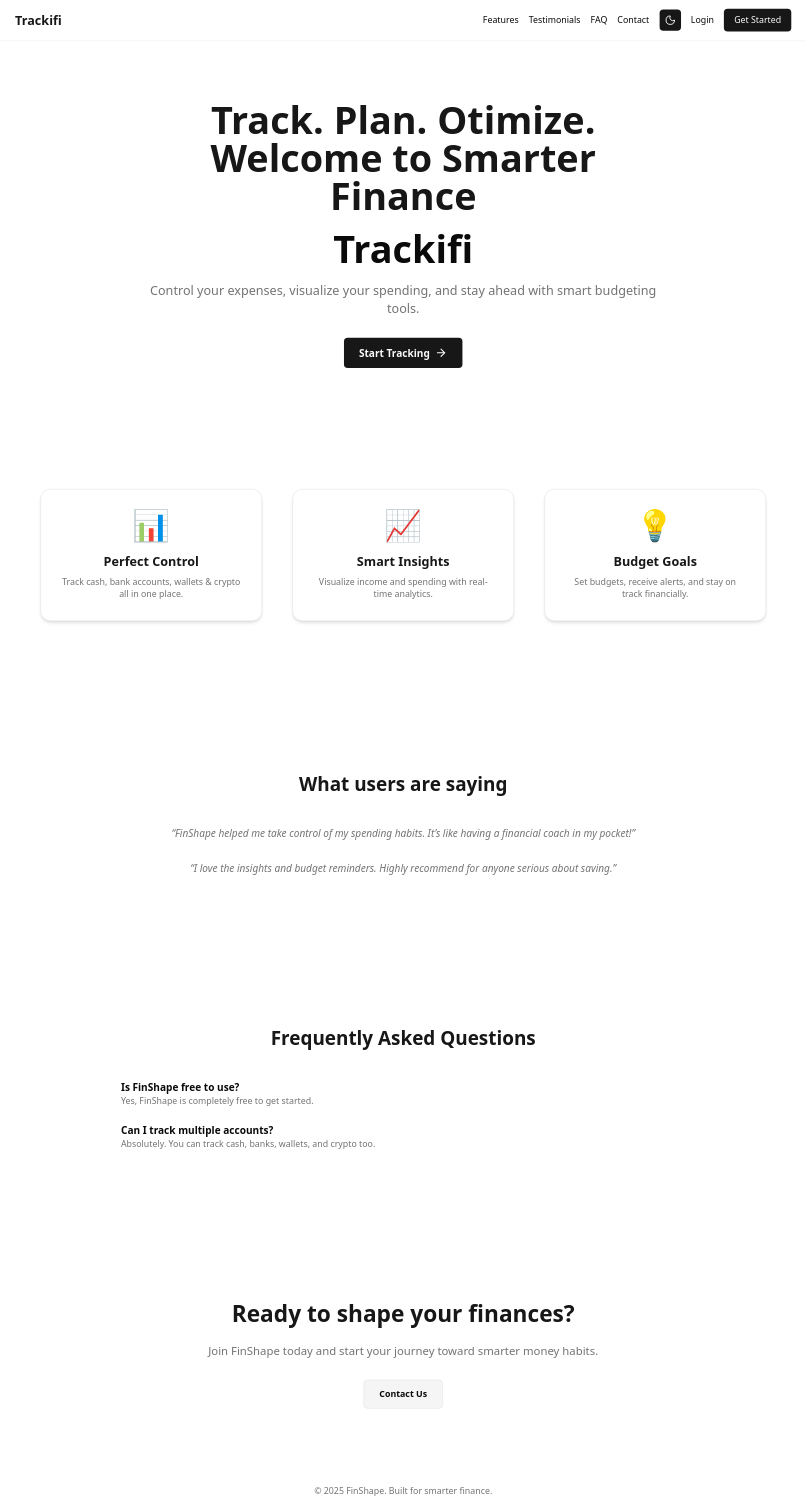
Repository: ruthvik-mt/Trackifi
Page: /categories (app in frontend/)
An editor plug-in stored every save of this project. The page is shown before and after the next save, followed by the edit.
The browser window is 1280 px wide. The pictures show the whole page, at 63% of full size.
The project was rebuilt for these pictures with package versions that can differ from the ones it lists, and the page was loaded fresh each time. Also part of the build but not shown: frontend/vite.config.ts, frontend/src/components/FormInput.tsx, frontend/src/pages/Auth/Login.tsx, frontend/src/pages/Auth/Register.tsx, frontend/src/components/Sidebar.tsx, frontend/src/components/ThemeToggleButton.tsx, frontend/src/components/Navbar.tsx, frontend/src/pages/Dashboard/Layout.tsx and 20 more.

Above is the page before, as saved 2025-07-15 23:14:12.

After the next save:
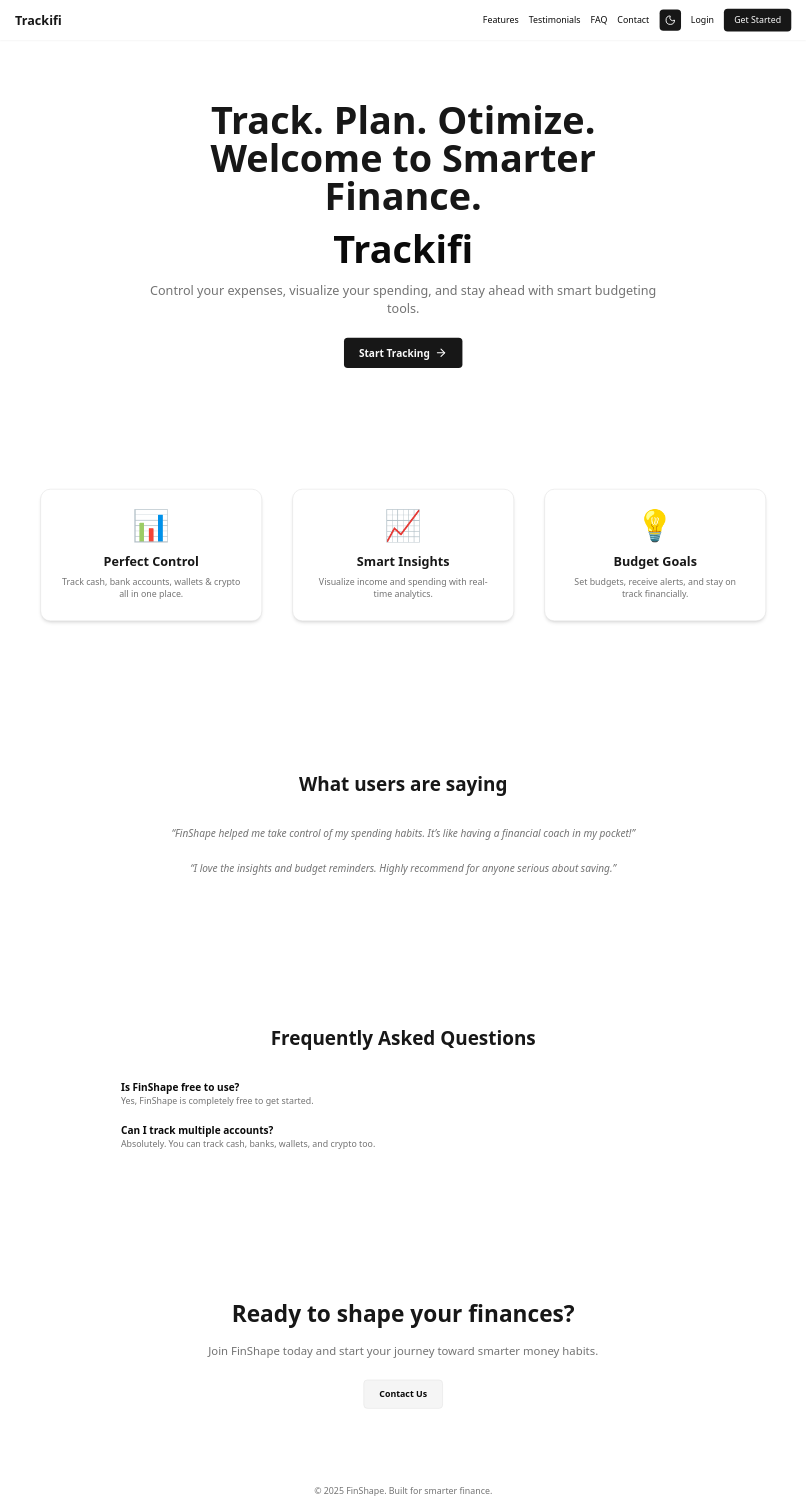
Saved 5 s later.
--- a/frontend/src/pages/LandingPage.tsx
+++ b/frontend/src/pages/LandingPage.tsx
@@ -62,7 +62,7 @@ export default function LandingPage() {
         transition={{ duration: 0.6 }}
       >
         <h1 className="text-5xl md:text-6xl font-extrabold leading-tight mb-6 text-primary">
-  Track. Plan. Otimize. Welcome to Smarter Finance
+  Track. Plan. Otimize. Welcome to Smarter Finance.
 </h1>
 
 <h2 className="text-5xl md:text-6xl font-extrabold text-center leading-tight mb-6 xt-primary">
